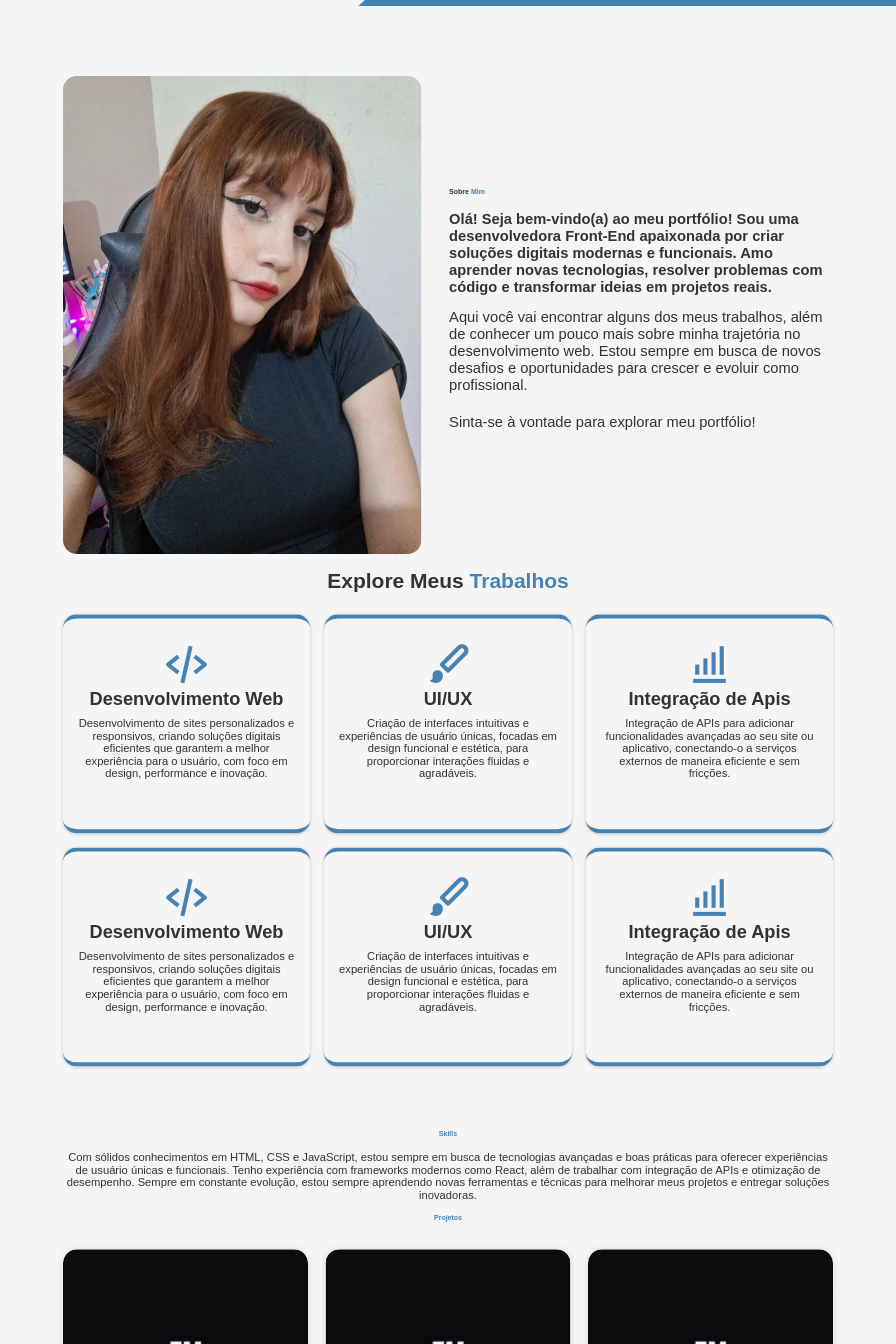
Repository: AliciaKathleen/portfolio-2025
Page: index.html
An editor plug-in stored every save of this project. The page is shown before and after the next save, followed by the edit.
The browser window is 1280 px wide. The pictures show the part of the page from y = 712 to 2632 px (the page is 4062 px tall before and 4178 px after), at 70% of full size.

Above is the page before, as saved 2025-01-27 17:15:43.
Console error: TypeError: Cannot read properties of null (reading 'classList')

After the next save:
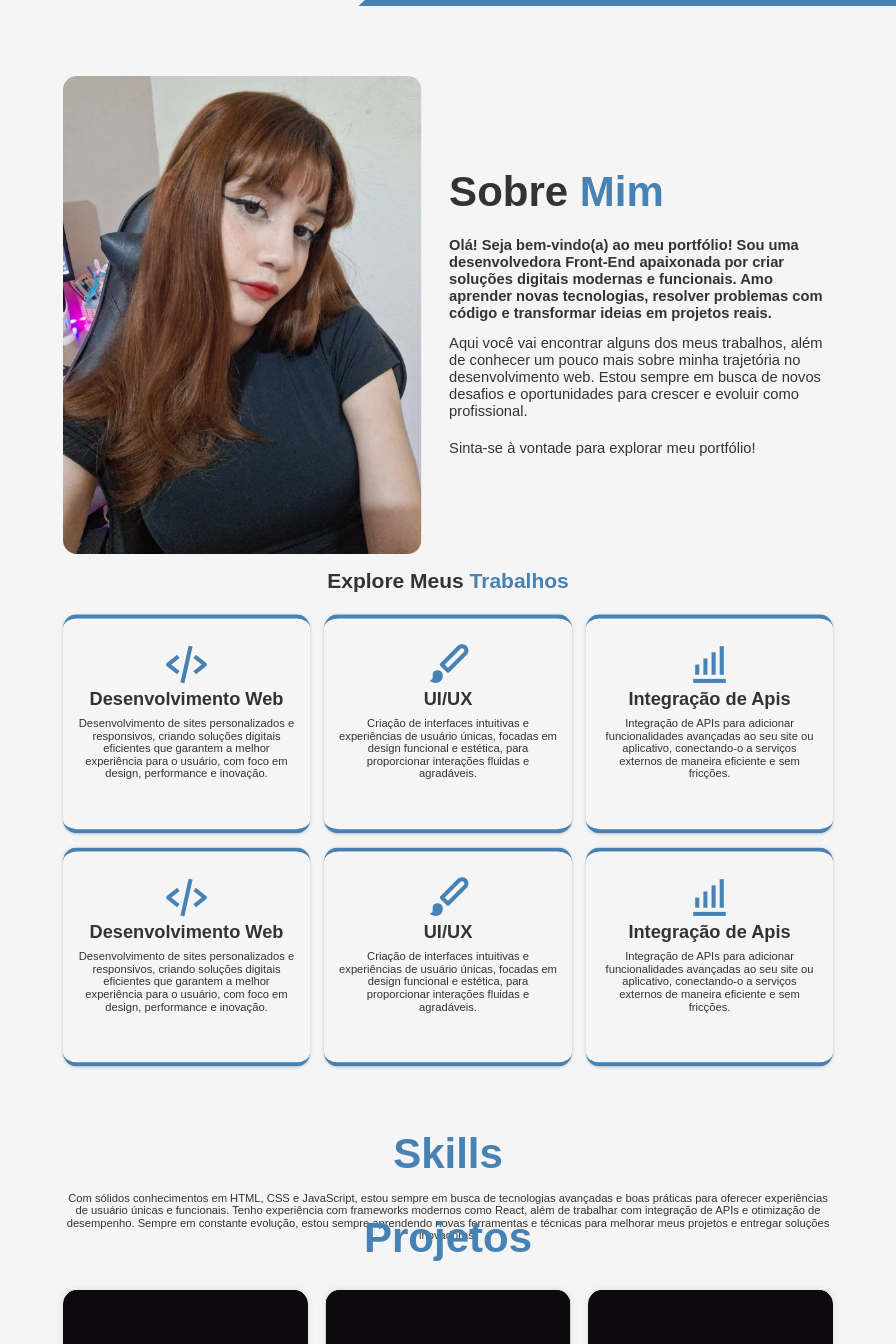
Saved 6 s later.
--- a/style.css
+++ b/style.css
@@ -274,7 +274,7 @@ span {
 }
 
 .heading {
-    font-size: 1rem;
+    font-size: 6rem;
     margin-bottom: 2rem;
     text-align: center;
 }
